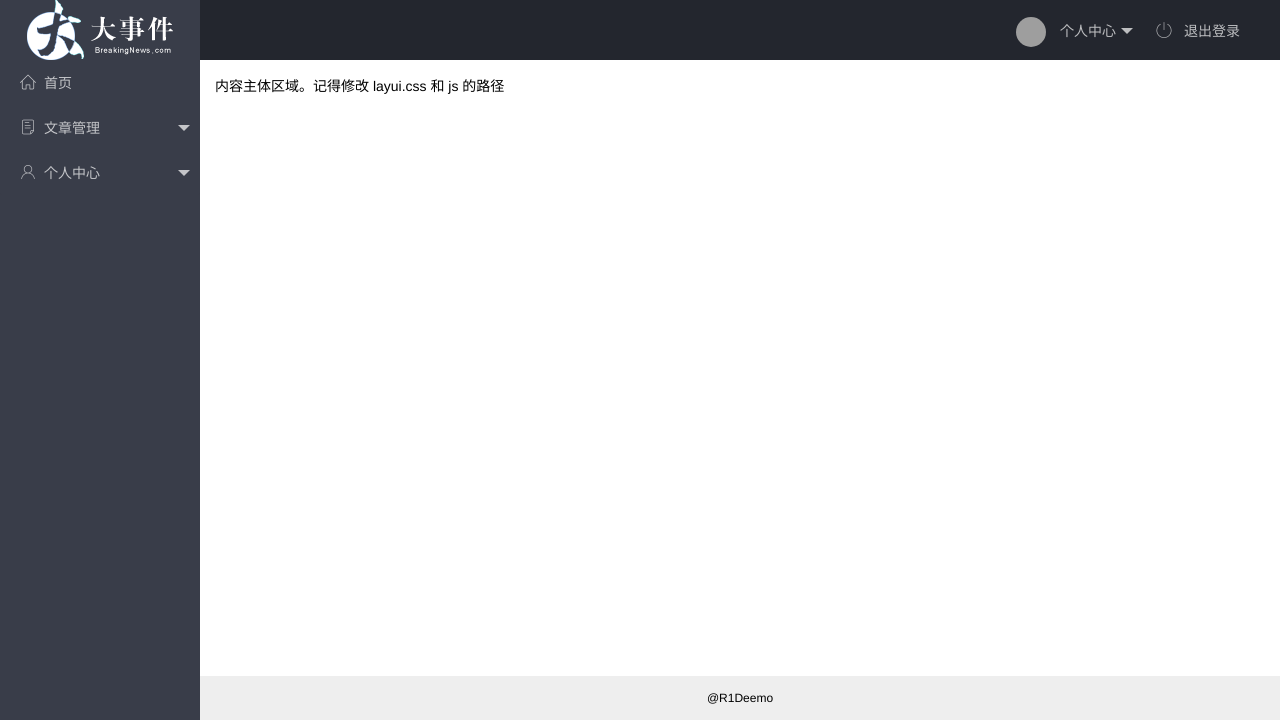
Repository: R1Deemo/Main-project
Page: index.html
These files come from the project's save history. The page is drawn as it stood at one moment and after the next save; the edit follows.
The browser window is 1280 px wide. The pictures show the whole page.
Pictures or frames that could not be fetched are drawn as grey boxes.

Above is the page before, as saved 2022-10-30 17:52:16.

### index.html
<!DOCTYPE html>
<html>

<head>
    <meta charset="utf-8">
    <meta name="viewport" content="width=device-width, initial-scale=1, maximum-scale=1">
    <title>layout 管理系统大布局 - Layui</title>
    <link rel="stylesheet" href="/assets/lib/layui/css/layui.css">
    <link rel="stylesheet" href="/assets/css/index.css">
    <link rel="stylesheet" href="/assets/fonts/iconfont.css">
</head>

<body>
    <div class="layui-layout layui-layout-admin">
        <div class="layui-header">
            <div class="layui-logo layui-hide-xs layui-bg-black" id="logo"></div>
            <!-- 头部区域（可配合layui 已有的水平导航） -->
            <ul class="layui-nav layui-layout-left">
                <!-- 移动端显示 -->
                <li class="layui-nav-item layui-show-xs-inline-block layui-hide-sm" lay-header-event="menuLeft">
                    <i class="layui-icon layui-icon-spread-left"></i>
                </li>


                <li class="layui-nav-item">

                    <dl class="layui-nav-child">
                        <dd><a href="">menu 11</a></dd>
                        <dd><a href="">menu 22</a></dd>
                        <dd><a href="">menu 33</a></dd>
                    </dl>
                </li>
            </ul>
            <ul class="layui-nav layui-layout-right">
                <li class="layui-nav-item layui-hide layui-show-md-inline-block">
                    <a href="javascript:;">
                        <img src="//tva1.sinaimg.cn/crop.0.0.118.118.180/5db11ff4gw1e77d3nqrv8j203b03cweg.jpg" class="layui-nav-img"> 个人中心
                    </a>
                    <dl class="layui-nav-child">
                        <dd><a href="">基本资料</a></dd>
                        <dd><a href="">更换头像</a></dd>
                        <dd><a href="">重置密码</a></dd>
                    </dl>
                </li>
                <li class="layui-nav-item" lay-header-event="menuRight" lay-unselect>
                    <a href="javascript:;">
                        <span class="iconfont icon-tuichu"></span> 退出登录</i>
                    </a>
                </li>
            </ul>
        </div>

        <div class="layui-side layui-bg-black">
            <div class="layui-side-scroll">
                <!-- 左侧导航区域（可配合layui已有的垂直导航） -->
                <ul class="layui-nav layui-nav-tree" lay-shrink="all">
                    <li class="layui-nav-item"> <a href="javascript:;"><span class="iconfont icon-home"></span>首页</a></li>
                    <li class="layui-nav-item">
                        <a class="" href="javascript:;"> <span class="iconfont icon-16"></span>文章管理</a>
                        <dl class="layui-nav-child">
                            <dd><a href="javascript:;"><i class="layui-icon layui-icon-release"></i> 文章类别</a></dd>
                            <dd><a href="javascript:;"><i class="layui-icon layui-icon-release"></i> 文章列表</a></dd>
                            <dd><a href="javascript:;"><i class="layui-icon layui-icon-release"></i> 发表文章</a></dd>
                            <!-- <dd><a href="">the links</a></dd> -->
                        </dl>
                    </li>
                    <li class="layui-nav-item">
                        <a href="javascript:;"><span class="iconfont icon-user"></span>个人中心</a>
                        <dl class="layui-nav-child">
                            <dd><a href="javascript:;"><i class="layui-icon layui-icon-app"></i> 基本资料</a></dd>
                            <dd><a href="javascript:;"><i class="layui-icon layui-icon-app"></i> 更换头像</a></dd>
                            <dd><a href="javascript:;"><i class="layui-icon layui-icon-app"></i> 重置密码</a></dd>
                        </dl>
                    </li>

                    <!-- <li class="layui-nav-item"><a href="">the links</a></li> -->
                </ul>
            </div>
        </div>

        <div class="layui-body">
            <!-- 内容主体区域 -->
            <div style="padding: 15px;">内容主体区域。记得修改 layui.css 和 js 的路径</div>
        </div>

        <div class="layui-footer">
            <!-- 底部固定区域 -->
            @R1Deemo
        </div>
    </div>
    <script src="/assets/lib/layui/layui.all.js"></script>

</body>

</html>

### assets/css/index.css
#logo {
    background: url(/assets/images/logo.png) no-repeat center;
}

.layui-footer {
    text-align: center;
    font-size: 12px;
}

.layui-icon {
    margin-left: 20px;
    margin-right: 5px;
}

.iconfont {
    margin-right: 8px;
}

Loaded but not shown: assets/lib/layui/css/layui.css (library); assets/fonts/iconfont.css (common file); assets/lib/layui/layui.all.js (library); assets/lib/layui/css/modules/laydate/default/laydate.css (library); assets/lib/layui/css/modules/layer/default/layer.css (library); assets/lib/layui/css/modules/code.css (common file)

After the next save:
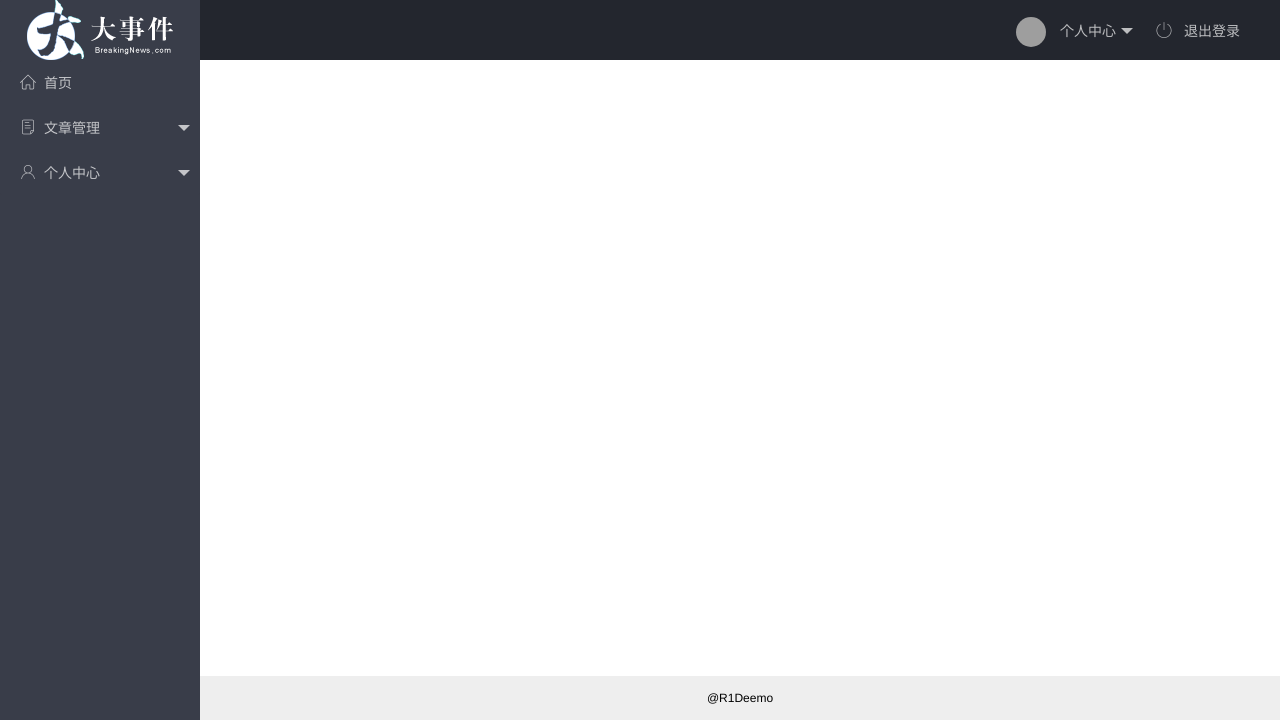
Saved 11 min 19 s later.
--- a/index.html
+++ b/index.html
@@ -80,7 +80,8 @@
 
         <div class="layui-body">
             <!-- 内容主体区域 -->
-            <div style="padding: 15px;">内容主体区域。记得修改 layui.css 和 js 的路径</div>
+            <!-- <div style="padding: 15px;">内容主体区域。记得修改 layui.css 和 js 的路径</div> -->
+            <iframe src="" frameborder="0" name="fm"></iframe>
         </div>
 
         <div class="layui-footer">
